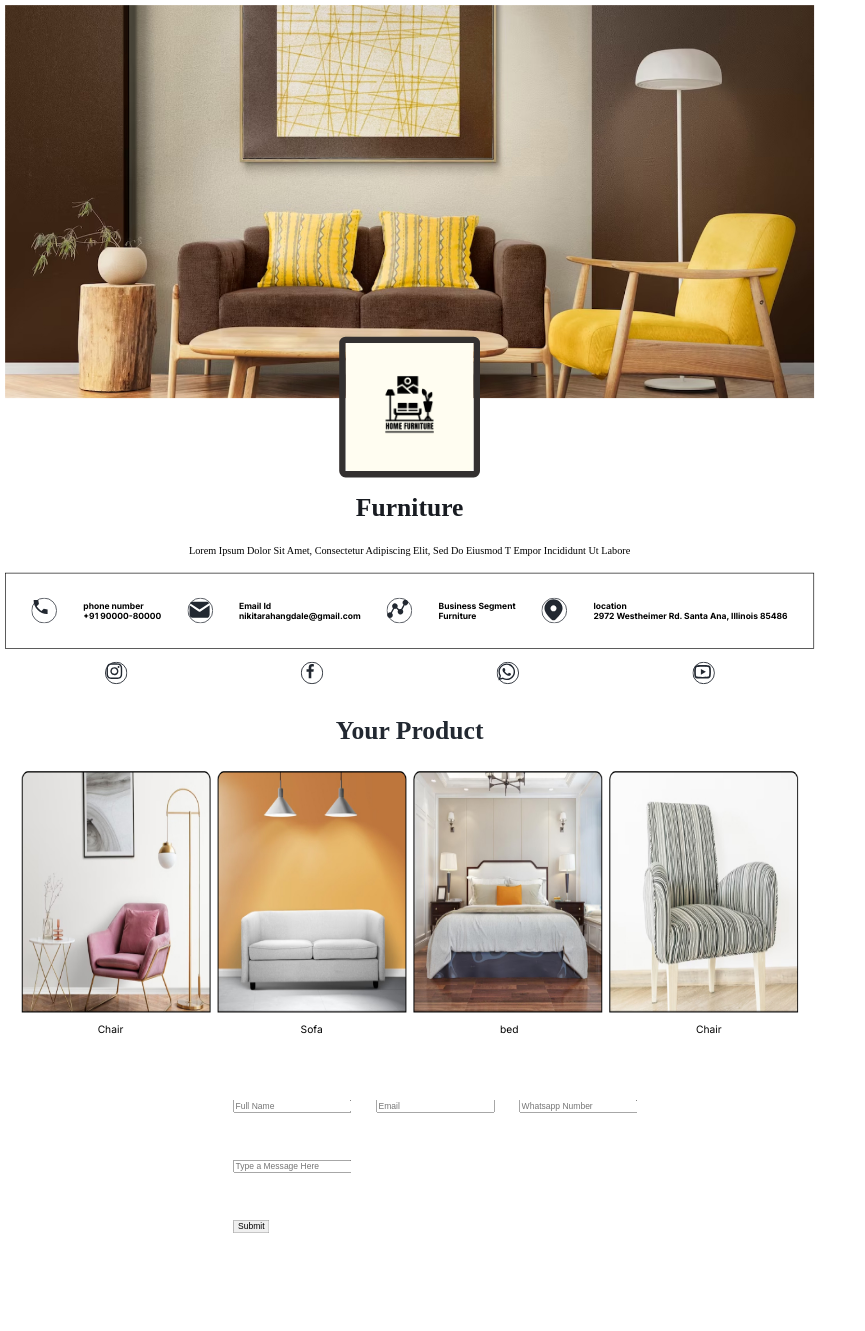
Repository: nikita120402/next13-deploy
Page: /
An editor plug-in stored every save of this project. The page is shown before and after the next save, followed by the edit.
The browser window is 1280 px wide. The page is 1352 px wide, so the pictures cover 1352 px, including what lies to the right of the window. The pictures show the whole page, at 64% of full size.
The project was rebuilt for these pictures with package versions that can differ from the ones it lists, and the page was loaded fresh each time. The framework's server and built-in components were replaced by stand-ins that run in the browser. Also part of the build but not shown: next.config.js.

Above is the page before, as saved 2023-08-07 17:11:27.

After the next save:
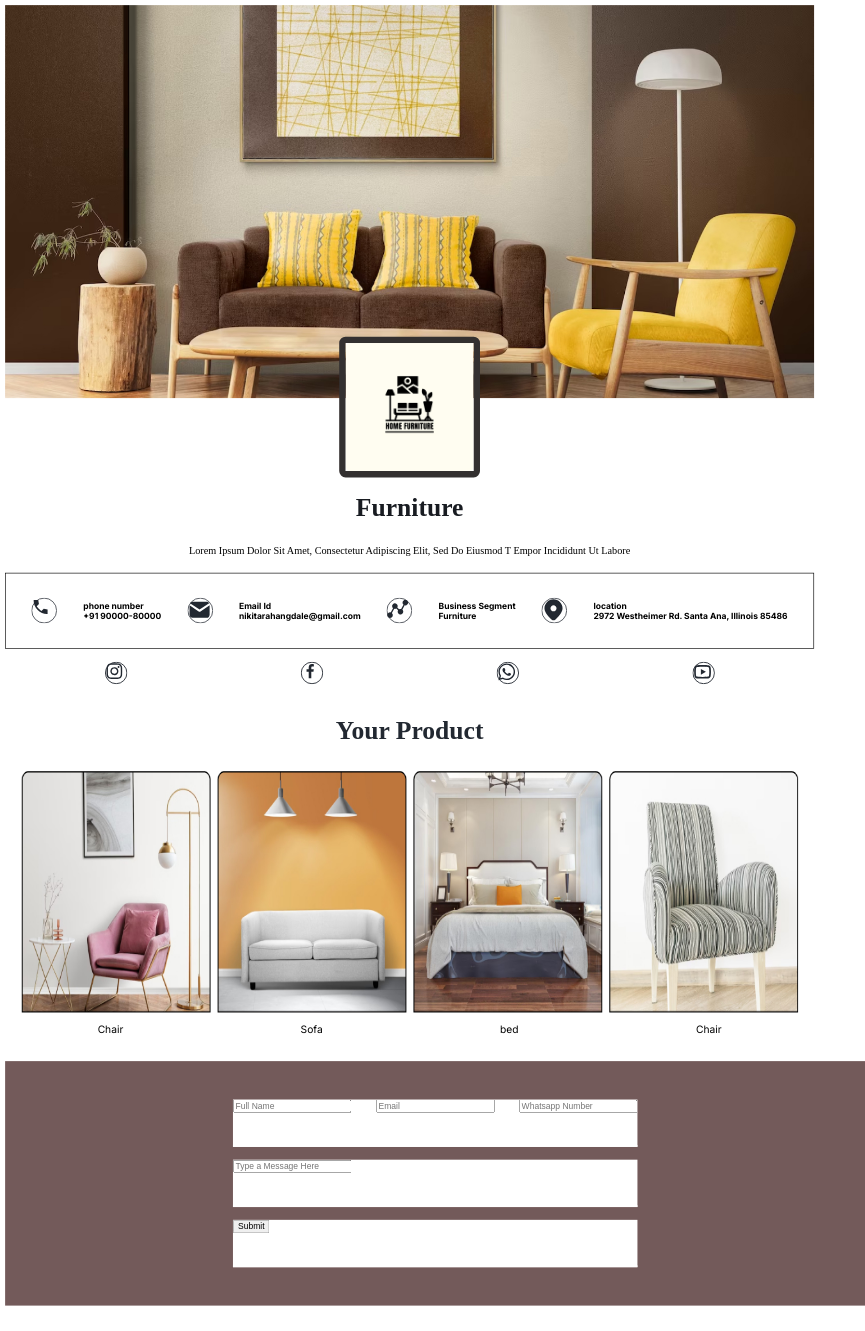
Saved 30 s later.
--- a/src/app/Design.module.css
+++ b/src/app/Design.module.css
@@ -81,7 +81,7 @@
 }
 
 .form1{
-    background-color: #ffffff;
+    background-color: #735a5a;
     width: 100%;
     padding: 40px;
     margin: 40px auto;
